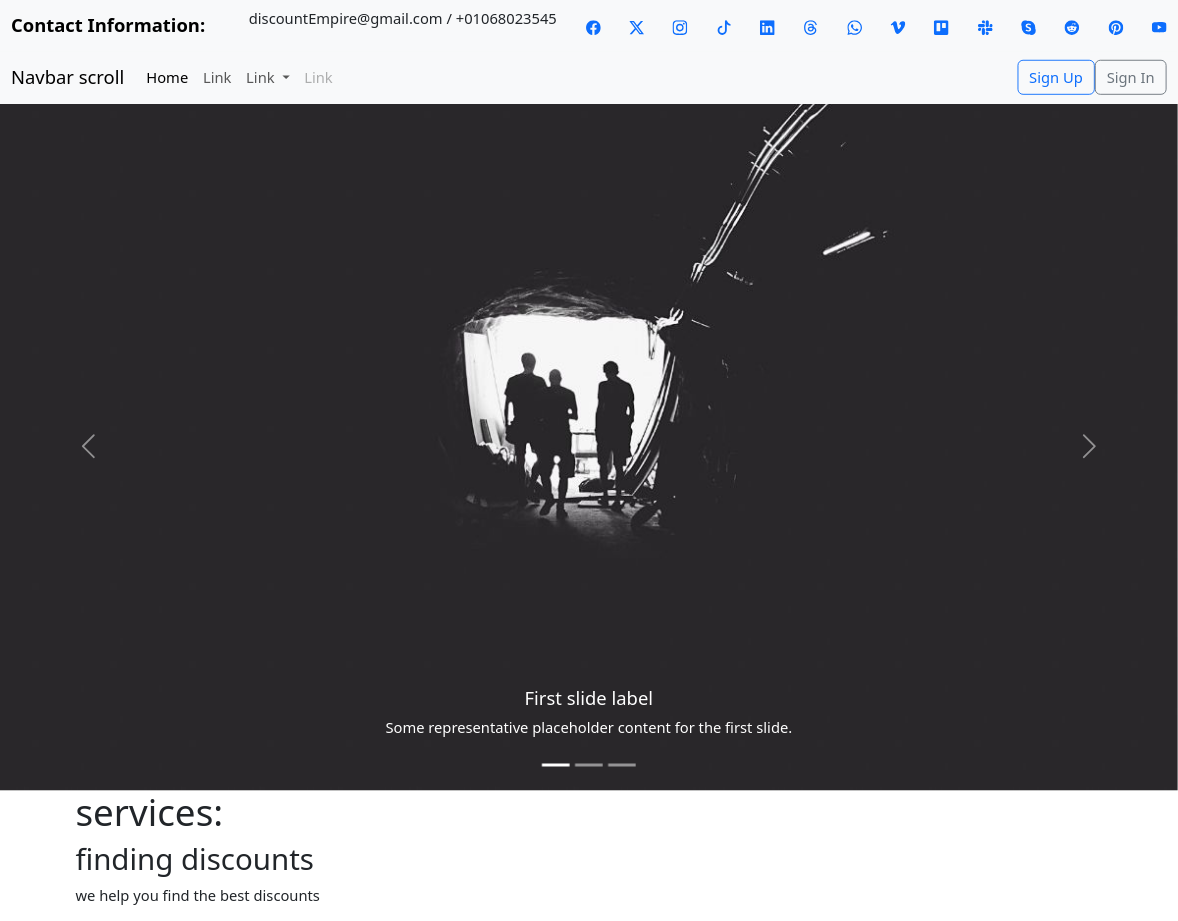
Repository: HaziimYassien/The-Discount-Empire
Page: index.html
The author's editor kept a copy of each file at every save. The page is drawn from the files as they stood at one save, then again after a run of saves.
The browser window is 1280 px wide. The pictures show the whole page, at 92% of full size.

Above is the page before, as saved 2024-01-24 18:33:04.

After the next 6 saves:
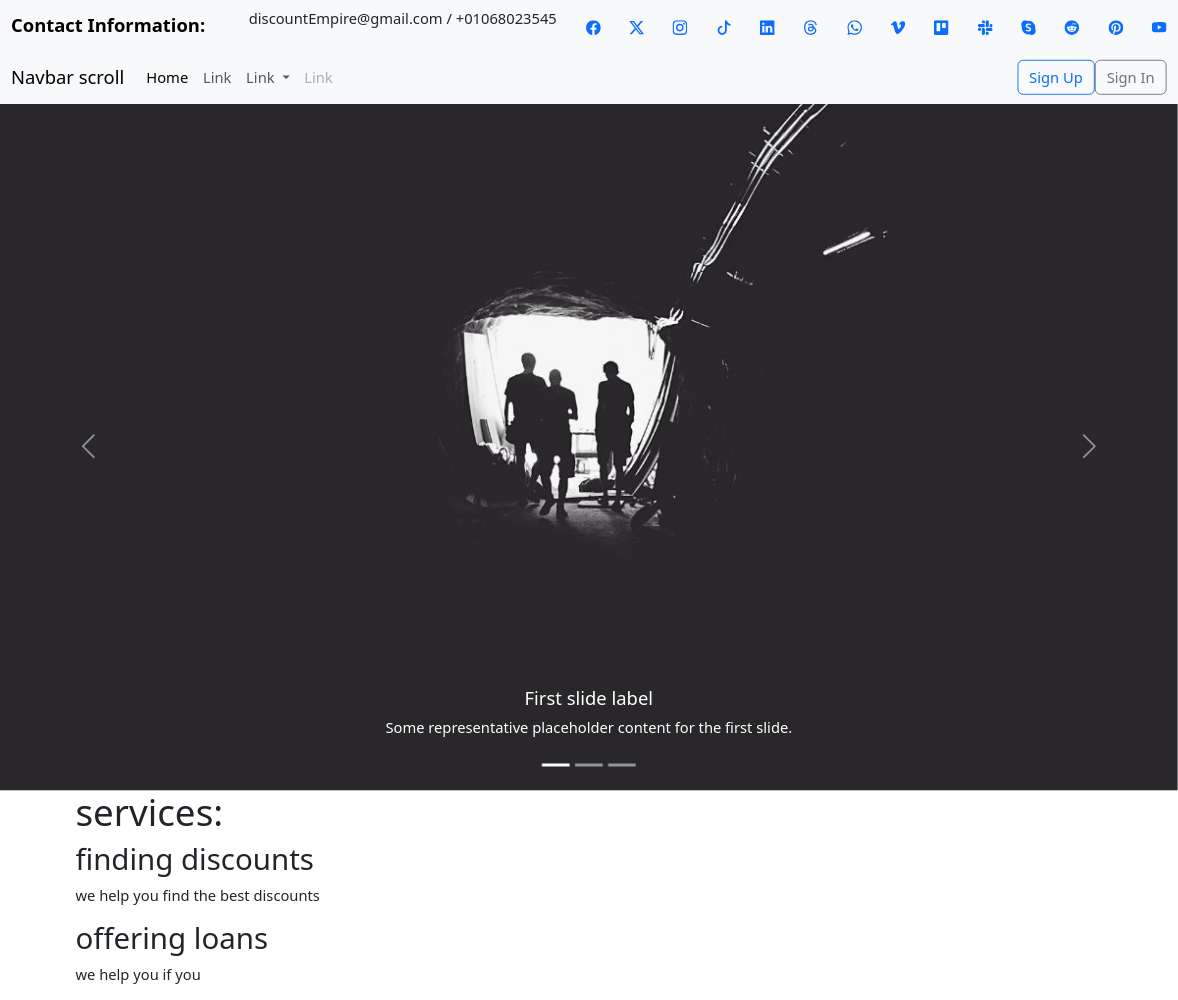
The 6 saves are shown as one change because they came seconds apart.
The last was saved 17 s later.
--- a/index.html
+++ b/index.html
@@ -214,7 +214,8 @@
     <p>we help you find the best discounts </p>
   </div>
   <div class="inner">
-    <h2></h2>
+    <h2>offering loans</h2>
+    <p>we help you if you</p>
   </div>
 </section>
     <!-- END _Services -->
